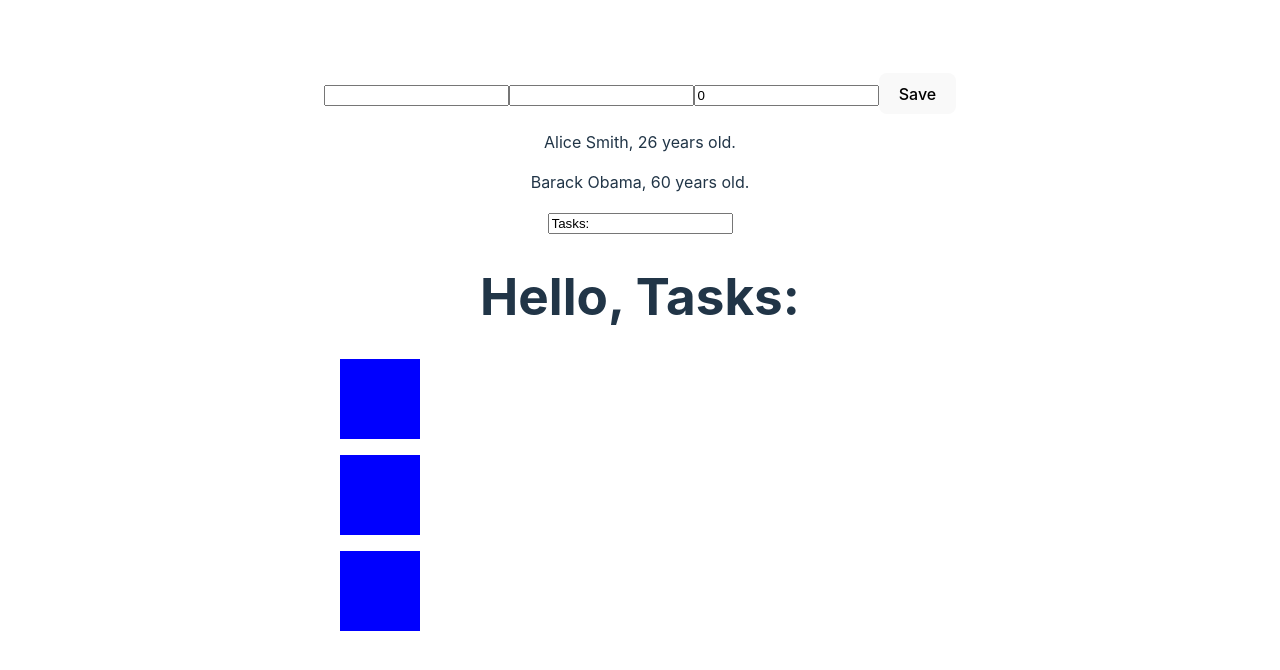
Repository: RonanKhalilOlaes/Olaes_Lab06-07_taskList
Page: /
The author's editor kept a copy of each file at every save. The page is drawn from the files as they stood at one save, then again after the next save.
The browser window is 1280 px wide. The pictures show the whole page.
The project was rebuilt for these pictures with package versions that can differ from the ones it lists, and the page was loaded fresh each time. Also part of the build but not shown: vite.config.js.

Above is the page before, as saved 2024-10-22 20:33:57.

### src/App.jsx


// export default App;
// // let variable is...
// //react only renders when props changes or state changes...

import { useState } from 'react';

import './App.css';

const initialStudents = [
  {
    firstname: 'Alice',
    lastname: 'Smith',
    age: 26
  },
  {
    firstname: 'Barack',
    lastname: 'Obama',
    age: 60
  }
];

function App() {

  const [name, setName] = useState('Tasks:');

  const [students, setStudents] = useState(initialStudents);

  const studentListUI = students.map((student, index) => (
    <p key={index}>{student.firstname} {student.lastname}, {student.age} years old.</p>
  ));

  function handleKeyDown(e) {
    if (e.key === 'Enter') {
      setName(e.target.value);

      console.log(name);

      e.target.value = '';
    }
  }

  function handleChange(e) {
    setName(e.target.value);
  }

  function addStudent(student) {
    setStudents([...students, student]);
  }

  return (
    <>
      <StudentForm add={addStudent} />
      {studentListUI}
      <input type="text" onKeyDown={handleKeyDown}
        value={name}
        onChange={handleChange}
      />

      <h1>Hello, {name}</h1>
      <Tile />
      <Tile />
      <Tile />
    </>
  );
}

function random(n) {
  return Math.floor(Math.random() * n);
}

function Tile() {
  const [color, setColor] = useState('blue');

  function handleClick() {
    const red = random(255);
    const green = random(255);
    const blue = random(255);

    setColor(`rgb(${red} ${green} ${blue})`);
  }

  return (
    <div
      className="tile"
      style={{ background: color }}
      onClick={handleClick}>

    </div>
  );
}

function StudentForm(props) {
  // state variable for the form
  const [student, setStudent] = useState({
    firstname: '',
    lastname: '',
    age: 0
  });

  function handleSubmit(e) {
    e.preventDefault();
    props.add(student);

    setStudent({
      firstname: '',
      lastname: '',
      age: 0
    });
  }

  return (
    <form onSubmit={handleSubmit}>
      <input type="text" value={student.firstname}
        onChange={(e) => setStudent({ ...student, firstname: e.target.value })} />
      <input type="text" value={student.lastname}
        onChange={(e) => setStudent({ ...student, lastname: e.target.value })} />
      <input type="number" value={student.age}
        onChange={(e) => setStudent({ ...student, age: e.target.value })}/>
      <button>Save</button>
    </form>
  );
}

export default App;

### src/App.css
#root {
  max-width: 1280px;
  margin: 0 auto;
  padding: 2rem;
  text-align: center;
}

.logo {
  height: 6em;
  padding: 1.5em;
  will-change: filter;
  transition: filter 300ms;
}
.logo:hover {
  filter: drop-shadow(0 0 2em #646cffaa);
}
.logo.react:hover {
  filter: drop-shadow(0 0 2em #61dafbaa);
}

@keyframes logo-spin {
  from {
    transform: rotate(0deg);
  }
  to {
    transform: rotate(360deg);
  }
}

@media (prefers-reduced-motion: no-preference) {
  a:nth-of-type(2) .logo {
    animation: logo-spin infinite 20s linear;
  }
}

.card {
  padding: 2em;
}

.read-the-docs {
  color: #888;
}

.tile {
  width: 5em;
  height: 5em;
  margin: 1em;
}

Loaded but not shown: index.html (common file); src/main.jsx (common file); src/index.css (common file)

After the next save:
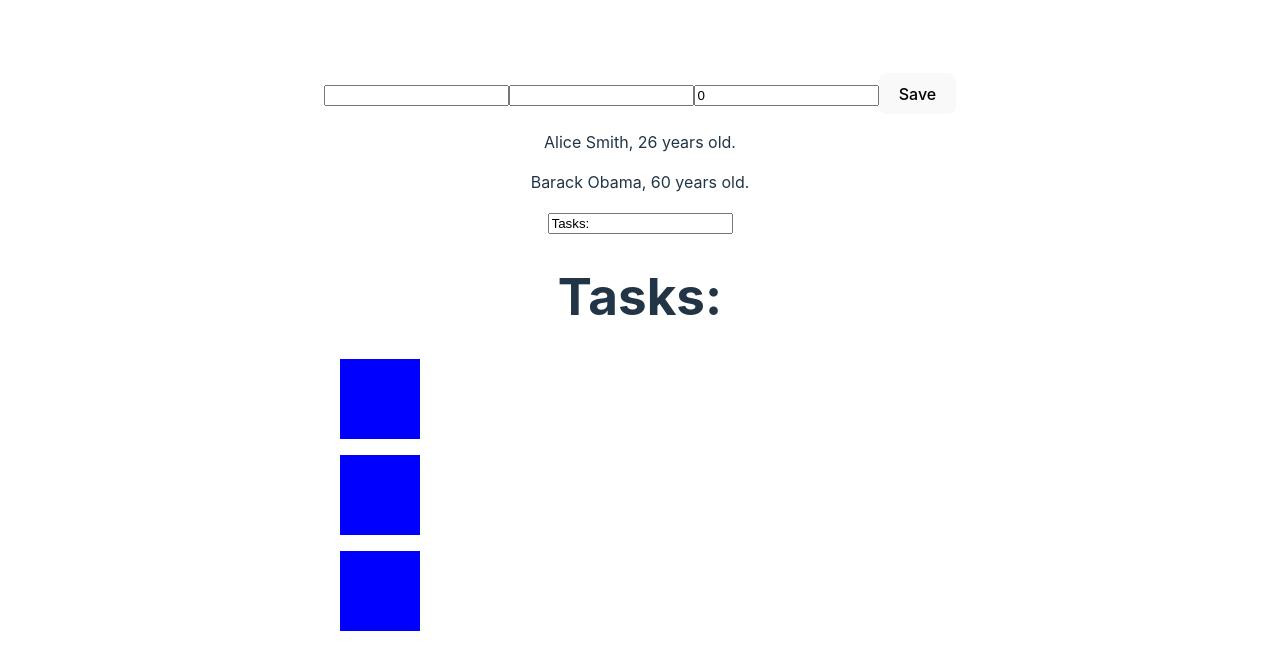
Saved 20 s later.
--- a/src/App.jsx
+++ b/src/App.jsx
@@ -58,7 +58,7 @@ function App() {
         onChange={handleChange}
       />
 
-      <h1>Hello, {name}</h1>
+      <h1>{name}</h1>
       <Tile />
       <Tile />
       <Tile />
